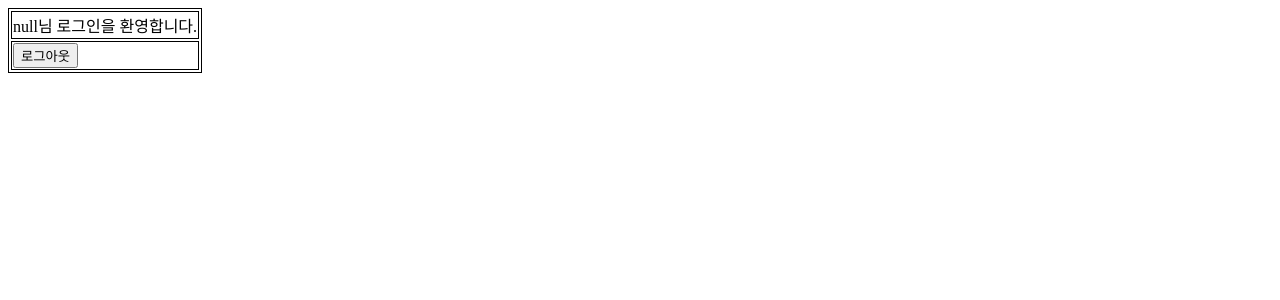
Repository: Gabintree/JDBC2019
Page: http://localhost/Oracle_20190522/chap10_logined.jsp
An editor plug-in stored every save of this project. The page is shown before and after the next save, followed by the edit.
The browser window is 1280 px wide. The pictures show the whole page.
The page is served by Tomcat 9.

Above is the page before, as saved 2019-05-23 05:42:01.

After the next save:
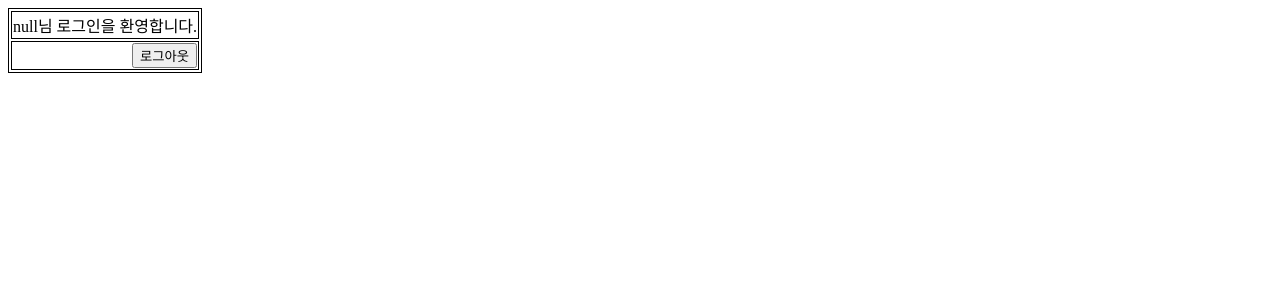
Saved 34 s later.
--- a/Oracle_20190522/WebContent/chap10_logined.jsp
+++ b/Oracle_20190522/WebContent/chap10_logined.jsp
@@ -22,7 +22,7 @@ border : 1px solid black;
 			<td><%= id%>님 로그인을 환영합니다.</td>
 		</tr>
 		<tr>
-			<td><input style = 'text-align : right' type ="submit" value="로그아웃"></td>
+			<td style = 'text-align : right'><input type ="submit" value="로그아웃"></td>
 
 		</tr>
 
